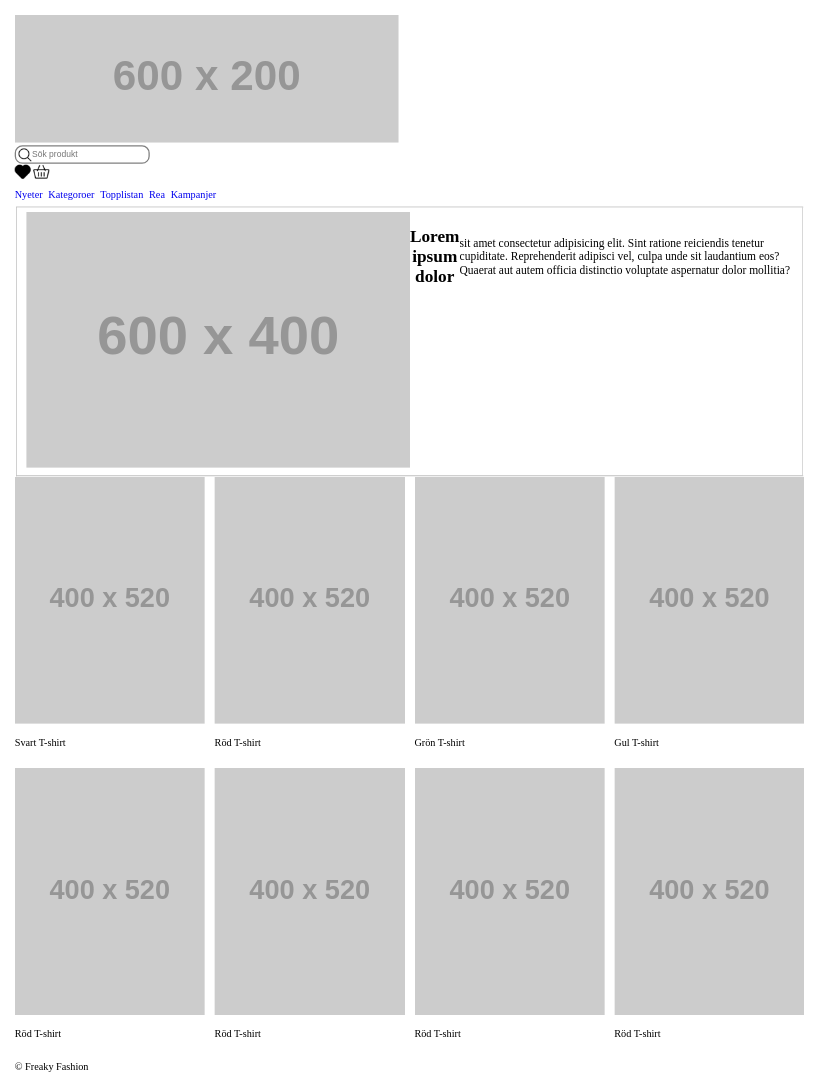
Repository: Kalle1995/project
Page: index.html
An editor plug-in stored every save of this project. The page is shown before and after the next save, followed by the edit.
The browser window is 1280 px wide. The pictures show the whole page, at 64% of full size.

Above is the page before, as saved 2024-10-05 21:19:18.

### index.html
<!DOCTYPE html>
<html lang="sv">

<head>
  <meta charset="UTF-8" />
  <meta name="viewport" content="width=device-width, initial-scale=1.0" />
  <title>Freaky Fashion</title>

  <link rel="stylesheet" href="main.css" />
</head>

<body>
  <header>
    <section>
      <div class="wholeHead">
        <img src="https://placehold.co/600x200 " width="600" height="200" alt="icon" class="icon" />

        <div class="searchAndIcons">
          <input type="search" placeholder="Sök produkt" class="search">
          <div class="headIcons">
            <a href="#"><img src="bilder/full heart.png" alt="favourite"></a>
            <a href="#"><img src="bilder/cart.png" alt="cart"></a>
          </div>
        </div>
      </div>

      <!-- jag behöver fixa att man kan sriva och iconen förvinner -->
      <!-- om, jag har div för input typ så den ta hela raden -->

      <div>
        <nav class="NavList">
          <ul>
            <li class="nav-list-item"><a href="#">Nyeter</a></li>
            <li class="nav-list-item hide-on-mobile ejnav"><a href="#">Kategoroer</a></li>
            <li class="nav-list-item"><a href="#">Topplistan</a></li>
            <li class="nav-list-item"><a href="#">Rea</a></li>
            <li class="nav-list-item"><a href="#">Kampanjer</a></li>
          </ul>
        </nav>
      </div>

      <!-- <dl> och <dt> använda man i detta falet  -->

    </section>
  </header>

  <main>
    <section class="mid">
      <article>
        <fieldset class="head">
          <img class="head-image" src="https://placehold.co/600x400" alt="" class="loremPic">
          <h2 class="head-title">Lorem ipsum dolor</h2>
          <p class="head-text">
            <br>sit amet consectetur adipisicing elit. Sint ratione reiciendis tenetur cupiditate. Reprehenderit
            adipisci
            vel, culpa unde sit laudantium eos? Quaerat aut autem officia distinctio voluptate aspernatur dolor
            mollitia?
          </p>
        </fieldset>
      </article>
    </section>
    <section class="products">
      <!-- grid container -->
      <div class="product">
        <!-- <img src="bilder/full heart.png" alt=""> -->
        <img class="product-pic" src="https://placehold.co/400x520/png?text=Black+T-shirt" alt="Svart T-shirt" />
        <p>Svart T-shirt</p>
      </div>

      <div class="product">
        <img class="product-pic" src="https://placehold.co/400x520/png?text=Red+T-shirt" alt="" />
        <p>Röd T-shirt</p>
      </div>

      <div class="product">
        <img class="product-pic" src="https://placehold.co/400x520/png?text=Green+T-shirt" alt="" />
        <p>Grön T-shirt</p>
      </div>

      <div class="product">
        <img class="product-pic" src="https://placehold.co/400x520/png?text=Gul+T-shirt" alt="" />
        <p>Gul T-shirt</p>

      </div>

      <div class="product">
        <img class="product-pic" src="https://placehold.co/400x520/png?text=Red+T-shirt" alt="">
        <p>Röd T-shirt</p>
      </div>

      <div class="product">
        <img class="product-pic" src="https://placehold.co/400x520/png?text=Red+T-shirt" alt="">
        <p>Röd T-shirt</p>
      </div>

      <div class="product">
        <img class="product-pic" src="https://placehold.co/400x520/png?text=Red+T-shirt" alt="">
        <p>Röd T-shirt</p>
      </div>

      <div class="product">
        <img class="product-pic" src="https://placehold.co/400x520/png?text=Red+T-shirt" alt="">
        <p>Röd T-shirt</p>
      </div>
    </section>
  </main>

  <br>

  <footer>
    <div class="Company">&copy; Freaky Fashion</div>
  </footer>
</body>

</html>

### main.css
body {
    padding: 15px;
    font-size: 2em;
    display: grid;

}


.head-title {
    text-align: center;
}

.products {
    display: grid;
    gap: 15px;
}

ul {
    list-style-type: none;
    margin: 0;
    padding: 0;

}

.search {
    border: 2px solid gray;
    border-radius: 12px;
    padding: 5px;
    display: inline;
    background-image: url(bilder/search.png);
    background-repeat: no-repeat;
    background-position: 4px;
    padding-left: 25px;

}

.NavList {
    display: block;
    padding-bottom: 10px;
    padding-top: 10px;

}

.hide-on-mobile {
    display: none;
}

.nav-list-item {
    a {
        text-decoration: none;
    }
}

.product-pic {
    width: 100%;
    height: auto;
}

.head {
    display: flex;
}

@media (max-width: 640px) {
    .mid {
        position: relative;
        display: block;
        font-size: medium;
    }

    li {
        margin-bottom: 3px;
    }

    /* .icon {
        -ms-flex: 100%;
        felx: 100%;
        max-width: 100%;;
    }
        */

    .search {
        width: 75%;

    }

    .icon {
        width: 100%;
    }

    .searchAndIcons {
        display: flex;
    }
}

@media (min-width: 640px) {
    .products {
        grid-template-columns: repeat(2, 1fr);

        .headicons {
            padding-left: 95%;
        }
    }

    .wholeHead {
        display: inline;
    }

    .mid {
        position: relative;
        display: block;
        font-size: large;
    }
}

body {
    font-size: 1.5em;
}

@media (min-width: 1024px) {
    .products {
        grid-template-columns: repeat(4, 1fr);
    }

    body {
        font-size: 1em;
    }

    .listan {
        display: flex;
    }

    li {
        display: inline;
        margin-right: 5px;
    }

    .hide-on-mobile {
        display: inline-block;
    }
}





/*
    @media (max-width:1024px) {
        .ejnav {
            display: none;
        }

      }
*/



/*
      @media print {
        body {
            font-size: 4em;
        }
        img {
            display: none;
        }
      }
*/



/*
här för Nyproduckt sidan
*/


header>h3 {
    position: absolute;
    left: 10px;
    bottom: auto;
}

.vänster {
    display: grid;
    grid-template-rows: 100%;
    background-color: gray;
}


.liggTill {
    hero-text button: hover
}


/*
kassa sidan
*/

.kassa {
    text-align: center;

}






.buy>button {
    display: grid;
    align-items: center;
    width: 80px;
    height: 30px;
    background-color: rgb(255, 255, 255);
    margin-left: 50%;
    font-weight: bold;
    border-radius: 10px;

}


.no-space {
    margin: 0;
    padding: 0;
    border: none;
    border-top: 1px solid black;
    /* Valfri färg eller stil på linjen */
}


.omOss {
    padding: 15px;
    background-color: rgb(207, 206, 206)
}

.list-container {
    display: inline-flex;
    justify-content: space-between;
    /* Ser till att listorna sprids ut jämnt */
    gap: 150px;
    /* Mellanrum mellan listorna */
}

.list {
    flex: 1;
    /* Gör att listorna tar upp lika mycket plats */
    padding-left: 15px;
}

.list h3 {
    margin-bottom: 20px;
}

.list li {
    list-style-type: none;
    /* ingen punkter i listan */
    padding: 0;
}

.list li ul {
    margin-bottom: 10px;
}




/*
Administration
*/

.AD {
    width: 115%;
    padding-left: 15px;
    margin-left: -25px;
    margin-top: -25px;
    float: left;
    font-style: normal;
    background-color: rgb(0, 0, 0);
    position: relative;
    display: flex;
    color: white;
}

.PR {
    background-color: rgb(209, 209, 208);
    height: auto;
    margin-left: -25px;
    padding-left: 20px;
    margin-right: auto;
    padding-right: 70px;
    padding-top: 15px;
    font-weight: bold;
    position: relative;
}

.AR {
    position: relative;
    ;
    left: 200px;
    top: -40px;

}













/*

.Company{
    text-align: center;
    bottom: auto;
}

After the next save:
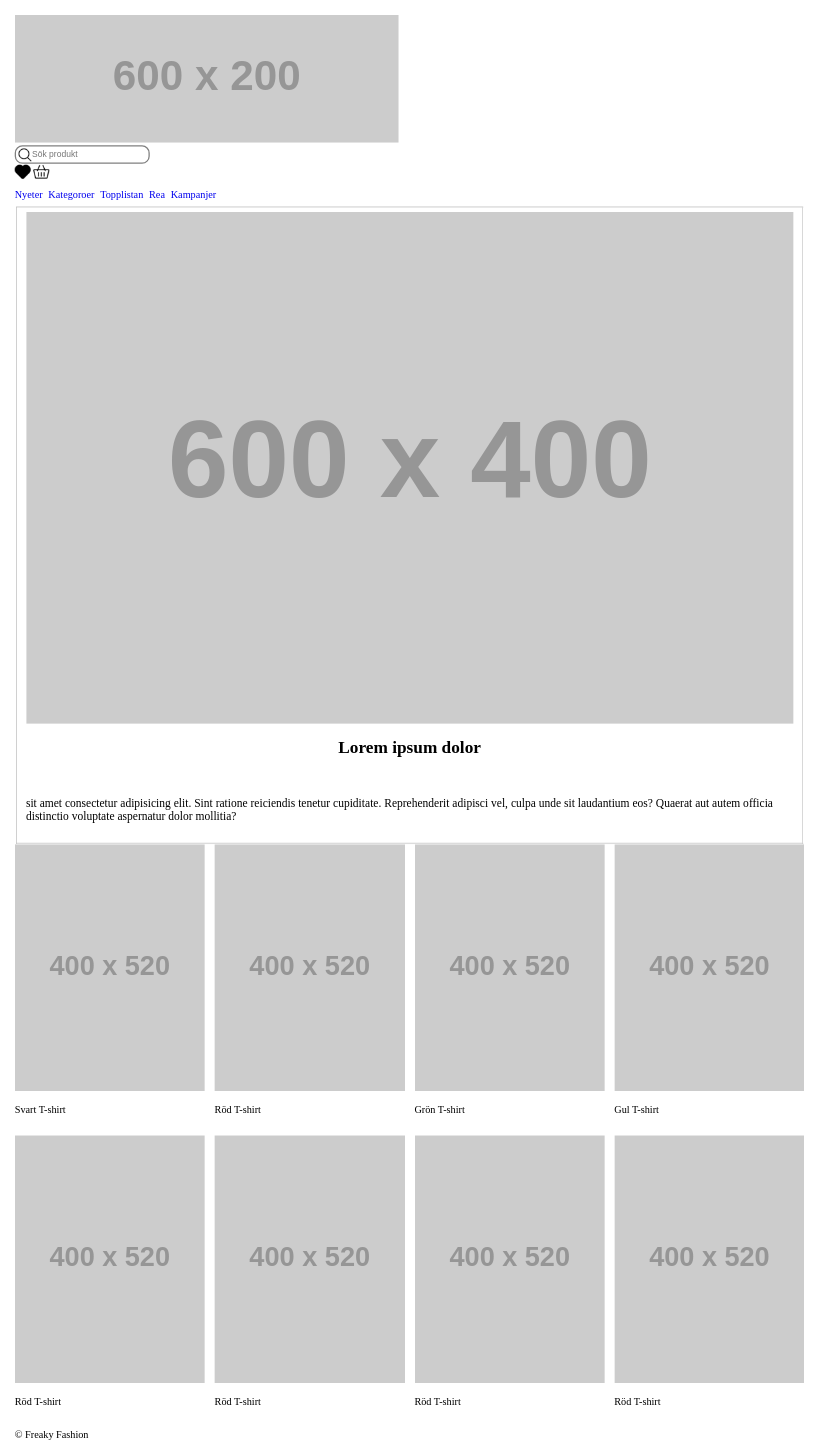
Saved 31 s later.
--- a/main.css
+++ b/main.css
@@ -58,6 +58,7 @@
 
 .head {
     display: flex;
+    flex-direction: column;
 }
 
 @media (max-width: 640px) {

After the 2 saves that followed:
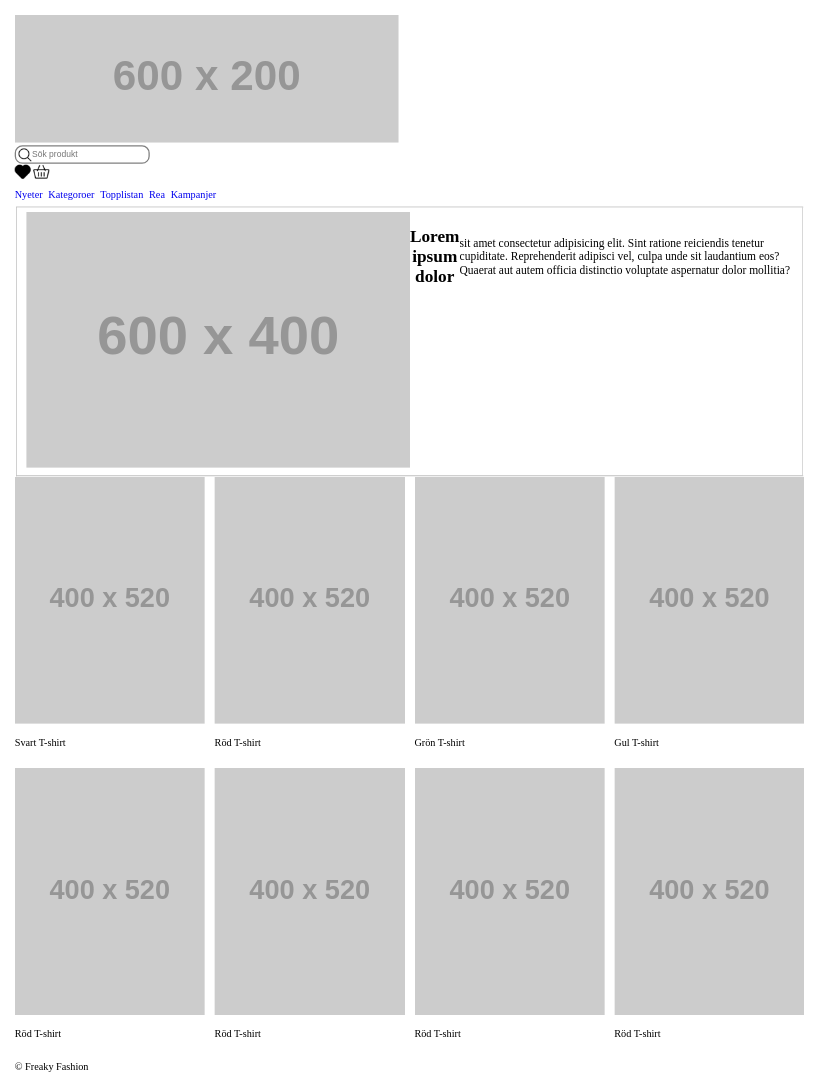
The 2 saves are shown as one change because 1 left the picture as it was.
The last was saved 18 s later.
--- a/main.css
+++ b/main.css
@@ -137,6 +137,10 @@
 
     .hide-on-mobile {
         display: inline-block;
+    }
+
+    .head {
+        flex-direction: row;
     }
 }
 
